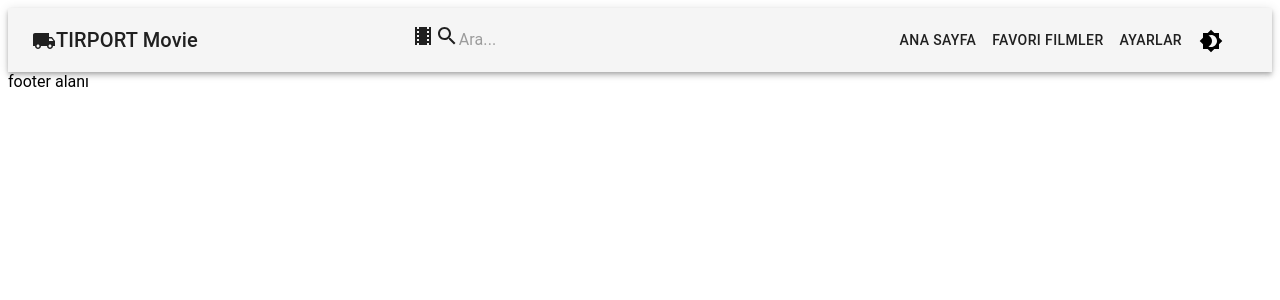
Repository: adnanyagmur/movieapp-react-vite
Page: /
These files come from the project's save history. The page is drawn as it stood at one moment and after the next save; the edit follows.
The browser window is 1280 px wide. The pictures show the whole page.
The page's requests for data from a server got no answer. The project was rebuilt for these pictures with package versions that can differ from the ones it lists, and the page was loaded fresh each time. No one was signed in, and anything a server would have sent is missing. Also part of the build but not shown: vite.config.ts, src/components/MovieCard.tsx, src/pages/movieDetails/MovieDetails.tsx, src/pages/favoriteLists/FavoriteLists.tsx.

Above is the page before, as saved 2023-12-13 11:27:24.

### src/main.tsx
import React from "react";
import "./index.css"
import ReactDOM from "react-dom/client";
import App from "./App.tsx";
import { BrowserRouter } from "react-router-dom";
import { ThemeProvider, createTheme } from '@mui/material/styles';
//import '@types/node';
import dotenv from "dotenv";


//dotenv.config();

const theme = createTheme();

ReactDOM.createRoot(document.getElementById("root")!).render(
  <React.StrictMode>
     <ThemeProvider theme={theme}>
    <BrowserRouter>
      <App />
    </BrowserRouter>
    </ThemeProvider>
  </React.StrictMode>
);

### src/index.css
:root {
    font-family: 'Roboto', sans-serif;
  }

### src/App.tsx
import {BrowserRouter as Router, Routes, Route} from "react-router-dom"
import { ThemeProvider, createTheme } from '@mui/material/styles';
import { HomePage } from "./pages/home/HomePage"
import { MovieDetails } from "./pages/movieDetails/MovieDetails"
import { FavoriteLists } from "./pages/favoriteLists/FavoriteLists"
import Navbar from "./components/Navbar"
import { useState } from "react";

function App() {
  const [darkMode, setDarkMode] = useState<boolean>(false);

  const appTheme = createTheme({
    palette: {
      mode: darkMode ? "dark" : "light",
    },
  });

  const toggleDarkMode = () => {
    setDarkMode((prevMode) => !prevMode);
  };

  return (
  <>
   <ThemeProvider theme={appTheme}>
   <Navbar darkMode={darkMode} toggleDarkMode={toggleDarkMode} />
    <Routes>
    <Route path="/" element={<HomePage/>} />
    <Route  path="/movie-details" element={<MovieDetails/>} />
    <Route  path="/favorite-list" element={<FavoriteLists/>} />
    </Routes>
    footer alanı
    </ThemeProvider>
    </>
  )
}

export default App

### src/pages/home/HomePage.tsx
import React, { useEffect, useState } from 'react';
import { getPopularMovies } from '../../services/moviesApi'
import axios from 'axios';
import MovieCard from '../../components/MovieCard';


type MovieItem = {
  adult: boolean;
  backdrop_path: string;
  genre_ids: number[];
  id: number;
  original_language: string;
  original_title: string;
  overview: string;
  popularity: number;
  poster_path: string;
  release_date: string;
  title: string;
  video: boolean;
  vote_average: number;
  vote_count: number;
}

type ApiResponse = {
  data: {
    page: number;
    results: MovieItem[];
    total_pages: number;
    total_results: number;
  };
}

export const HomePage = () => {





  const [movies, setMovies] = useState([]);

  useEffect(() => {
   // console.log("asdasdasdasdasd", process.env.REACT_APP_TMDB_API_KEY)
    const fetchData = async () => {
      try {
        const response: ApiResponse = await axios.get(
          'https://api.themoviedb.org/3/discover/movie',
          {
            params: {
              api_key: "ab517a924bb34407923d1e5fab7eccbd",
              language: 'en-US',
              sort_by: 'popularity.desc',
              include_adult: false,
              include_video: false,
             page: 220,
            },
          }
        );

        setMovies(response?.data);
        console.log("asdasdasdasdasd", response)
      } catch (error) {
        console.error('Error fetching data:', error);
      }
    };

    fetchData();
  }, []);

  return (
    <div>
       {movies.map((movie: MovieItem) => (
        <MovieCard
          key={movie.id}
          title={movie.title}
          overview={movie.overview}
          releaseDate={movie.release_date}
          posterPath={movie.poster_path}
          voteAverage={movie.vote_average}
        />
      ))}
    </div>
  )
}

### src/components/Navbar.tsx
import React, { useState } from "react";
import {
  AppBar,
  Toolbar,
  IconButton,
  Typography,
  Menu,
  MenuItem,
  useTheme,
  InputBase,
  alpha,
  Button,
  Switch,
  Grid,
  Stack,
} from "@mui/material";
import MenuIcon from "@mui/material/Icon";
import SearchIcon from "@mui/icons-material/Search";
import Brightness4Icon from "@mui/icons-material/Brightness4";
import Brightness7Icon from "@mui/icons-material/Brightness7";
import LocalShippingIcon from "@mui/icons-material/LocalShipping";
import TheatersIcon from "@mui/icons-material/Theaters";

type NavbarProps = {
  darkMode: boolean;
  toggleDarkMode: () => void;
};
const Navbar = ({ darkMode, toggleDarkMode }: NavbarProps) => {
  const theme = useTheme();
  return (
    <AppBar
      position="static"
      color={theme.palette.mode === "light" ? "default" : "primary"}
    >
      <Toolbar>
        <Grid container justifyContent="space-between" alignItems="center">
          <Grid item>
            <Stack direction="row">
              <LocalShippingIcon sx={{ mt: "5px" }} />
              <Typography variant="h6">TIRPORT Movie</Typography>
            </Stack>
          </Grid>
          <Grid item>
            <Stack direction="row">
              <TheatersIcon style={{ margin: 0 }} />
              <SearchIcon style={{ margin: 0 }} />
              <InputBase
                placeholder="Ara..."
                style={{ color: "inherit", flexGrow: 1, width: "100%" }}
                inputProps={{ "aria-label": "search" }}
              />
            </Stack>
          </Grid>
          <Grid item>
            <Button color="inherit">Ana Sayfa</Button>
            <Button color="inherit">Favori Filmler</Button>
            <Button color="inherit">Ayarlar</Button>

            <Switch
              checked={darkMode}
              onChange={toggleDarkMode}
              color="default"
              inputProps={{ "aria-label": "toggle dark mode" }}
              icon={<Brightness4Icon sx={{ color: "#000" }} />}
              checkedIcon={<Brightness7Icon sx={{ color: "#FFB534" }} />}
              sx={{
                "& .MuiSwitch-thumb": {
                  width: "24px",
                  height: "24px",
                  boxShadow: "0 2px 4px 0 rgba(0, 0, 0, 0.1)",
                },
                "& .MuiSwitch-switchBase + .MuiSwitch-track": {
                  backgroundColor: "transparent", // Arkadaki yatay alanın rengini transparent (görünmez) yapar
                  opacity: 0,
                },
                mb: "2px",
              }}
            />
          </Grid>
        </Grid>
      </Toolbar>
    </AppBar>
  );
};

export default Navbar;

Loaded but not shown: index.html (common file)

After the next save:
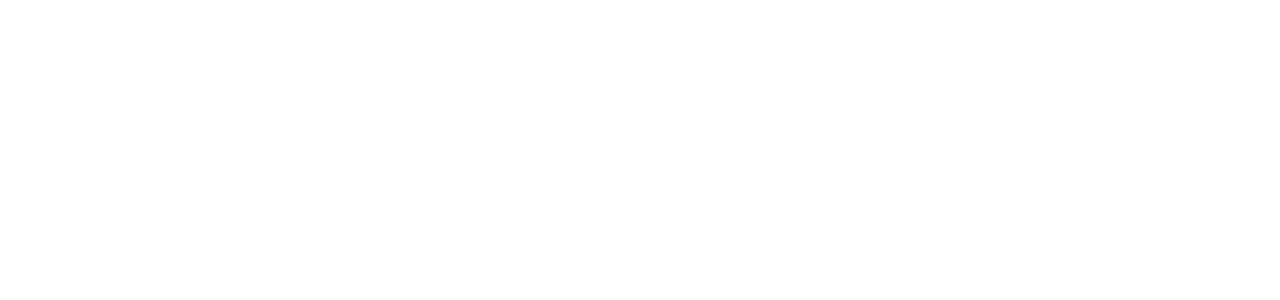
Console error: TypeError: Cannot read properties of null (reading 'results')
Saved 78 s later.
--- a/src/pages/home/HomePage.tsx
+++ b/src/pages/home/HomePage.tsx
@@ -36,7 +36,7 @@
 
 
 
-  const [movies, setMovies] = useState([]);
+  const [movies, setMovies] = useState<ApiResponse>(null);
 
   useEffect(() => {
    // console.log("asdasdasdasdasd", process.env.REACT_APP_TMDB_API_KEY)
@@ -68,7 +68,7 @@
 
   return (
     <div>
-       {movies.map((movie: MovieItem) => (
+       {movies.results.map((movie: MovieItem) => (
         <MovieCard
           key={movie.id}
           title={movie.title}

After the 4 saves that followed:
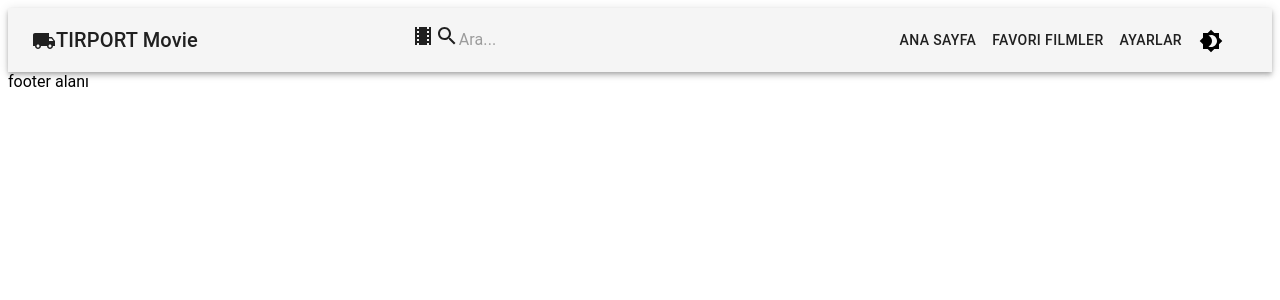
The error is gone.
The 4 saves are shown as one change because 3 left the picture as it was.
The last was saved 3 min 35 s later.
--- a/src/pages/home/HomePage.tsx
+++ b/src/pages/home/HomePage.tsx
@@ -36,7 +36,8 @@
 
 
 
-  const [movies, setMovies] = useState<ApiResponse>(null);
+  const [movies, setMovies] = useState<ApiResponse>();
+  const [results, setResults] = useState<Array<MovieItem>>([])
 
   useEffect(() => {
    // console.log("asdasdasdasdasd", process.env.REACT_APP_TMDB_API_KEY)
@@ -56,7 +57,8 @@
           }
         );
 
-        setMovies(response?.data);
+       // setMovies(response?.data);
+        setResults(response.data.results)
         console.log("asdasdasdasdasd", response)
       } catch (error) {
         console.error('Error fetching data:', error);
@@ -68,7 +70,7 @@
 
   return (
     <div>
-       {movies.results.map((movie: MovieItem) => (
+       {results.map((movie: MovieItem) => (
         <MovieCard
           key={movie.id}
           title={movie.title}
